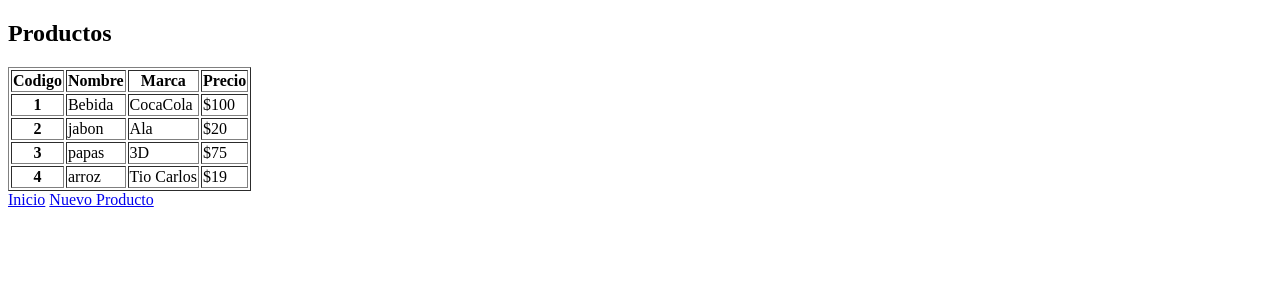
Repository: Alemartinez97/New-Repository
Page: programacion-3/tp3/producto.html
These files come from the project's save history. The page is drawn as it stood at one moment and after the next save; the edit follows.
The browser window is 1280 px wide. The pictures show the whole page.

Above is the page before, as saved 2020-06-04 18:01:50.

### programacion-3/tp3/producto.html
<!DOCTYPE html>
<html lang="en">
<head>
    <meta charset="UTF-8">
    <meta name="viewport" content="width=device-width, initial-scale=1.0">
    <title>Document</title>
</head>
<body>
    <table border="1">
        <h2>Productos</h2>
        <tbody>
          <tr>
            <th>Codigo</th>
            <th>Nombre</th>
            <th>Marca</th>
            <th>Precio</th>
          </tr>
          <tr>
            <th>1</th>
            <td>Bebida</td>
            <td>CocaCola</td>
            <td>$100</td>
          </tr>
          <tr>
            <th>2</th>
            <td>jabon</td>
            <td>Ala</td>
            <td>$20</td>
          </tr>
          <tr>
            <th>3</th>
            <td>papas</td>
            <td>3D</td>
            <td>$75</td>
          </tr>
          <tr>
            <th>4</th>
            <td>arroz</td>
            <td>Tio Carlos</td>
            <td>$19</td>
          </tr>
        </tbody>
      </table>
      <a href="inicio.html">Inicio</a>
      <a href="formProducto.html">Nuevo Producto</a>
</body>
</html>

After the next save:
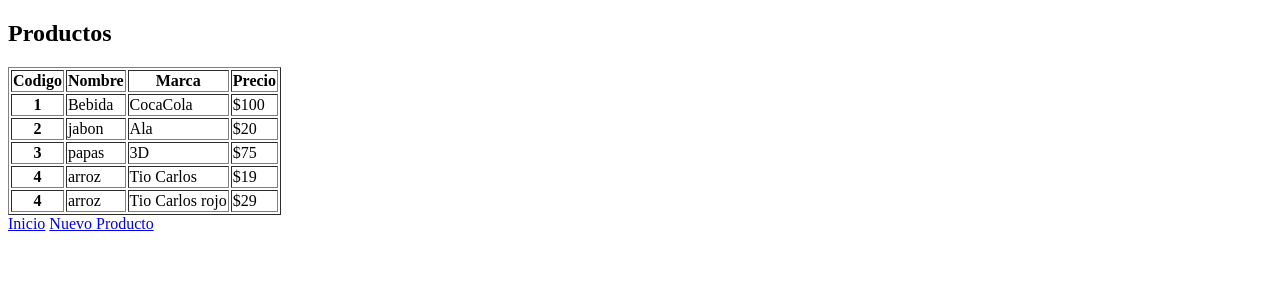
Saved 34 s later.
--- a/programacion-3/tp3/producto.html
+++ b/programacion-3/tp3/producto.html
@@ -39,6 +39,12 @@
             <td>Tio Carlos</td>
             <td>$19</td>
           </tr>
+          <tr>
+            <th>4</th>
+            <td>arroz</td>
+            <td>Tio Carlos rojo</td>
+            <td>$29</td>
+          </tr>
         </tbody>
       </table>
       <a href="inicio.html">Inicio</a>
